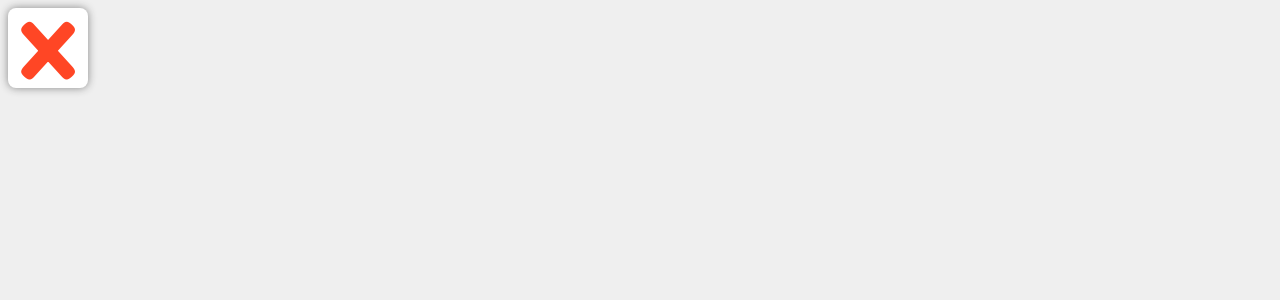
Repository: Seva2705/tic-tac-toe.github.io
Page: /
An editor plug-in stored every save of this project. The page is shown before and after a run of saves, followed by the edit.
The browser window is 1280 px wide. The pictures show the whole page.
The project was rebuilt for these pictures with package versions that can differ from the ones it lists, and the page was loaded fresh each time.

Above is the page before, as saved 2023-04-04 17:04:00.

### public/index.html
<!DOCTYPE html>
<html lang="en">
<head>
  <meta charset="utf-8" />
  <link rel="icon" href="%PUBLIC_URL%/favicon.ico" />
  <meta name="viewport" content="width=device-width, initial-scale=1" />
  <meta name="theme-color" content="#000000" />
  <meta
  name="description"
  content="Web site created using create-react-app"
  />
  <link rel="apple-touch-icon" href="%PUBLIC_URL%/logo192.png" />
  <link rel="preconnect" href="https://fonts.googleapis.com">
  <link rel="preconnect" href="https://fonts.gstatic.com" crossorigin>
  <link href="https://fonts.googleapis.com/css2?family=Fredoka:wght@400;500;700&display=swap" rel="stylesheet">
  <!--
    manifest.json provides metadata used when your web app is installed on a
    user's mobile device or desktop. See https://developers.google.com/web/fundamentals/web-app-manifest/
  -->
  <link rel="manifest" href="%PUBLIC_URL%/manifest.json" />
  <!--
    Notice the use of %PUBLIC_URL% in the tags above.
    It will be replaced with the URL of the `public` folder during the build.
    Only files inside the `public` folder can be referenced from the HTML.

    Unlike "/favicon.ico" or "favicon.ico", "%PUBLIC_URL%/favicon.ico" will
    work correctly both with client-side routing and a non-root public URL.
    Learn how to configure a non-root public URL by running `npm run build`.
  -->
  <title>React App</title>
</head>
<body>
  <noscript>You need to enable JavaScript to run this app.</noscript>
  <div id="root"></div>
  <!--
    This HTML file is a template.
    If you open it directly in the browser, you will see an empty page.

    You can add webfonts, meta tags, or analytics to this file.
    The build step will place the bundled scripts into the <body> tag.

      To begin the development, run `npm start` or `yarn start`.
      To create a production bundle, use `npm run build` or `yarn build`.
    -->
  </body>
  </html>

### src/App.js

import './App.css';
import Box from './components/Box';

function App() {
  const board = ["X","X","X","X","X","X","X","X","X"]
  return (
    <div className="App">
      <Box value="X" onClick={null}/>

    </div>
  );
}

export default App;

### src/App.css
* {
  box-sizing: border-box;

}

body {
  margin: 0;
  background-color: #efefef;
  font-family: "Fredoka", sans-serif;
}

### src/components/Box.js
import React from 'react'

import './Box.css'

const Box = ({value, onClick}) => {
    const style = value === 'X' ? 'box x' : 'box o';
  return (
    <button className={style} onClick={value}>X</button>
  )
}

export default Box

### src/components/Box.css
.box {
    background-color: white;
    border: none;
    border-radius: 10%;
    box-shadow: 0px 0px 8px #888;
    width: 5rem;
    height: 5rem;
    text-align: center;
    font-size: 5em;
    font-family: 'Fredoka', sans-serif;
    font-weight: bold;
    line-height: 5rem;
    margin: 0.5rem;
    cursor: pointer;

}

.x {
    color: rgb(255, 70, 37)
}
.o {
    color: rgb(44, 135, 255)
}

.box:hover {
    box-shadow: 0px 0px 15px #888;
}

Loaded but not shown: src/index.js (common file); src/index.css (common file); src/components/Board.js (common file)

After the next 3 saves:
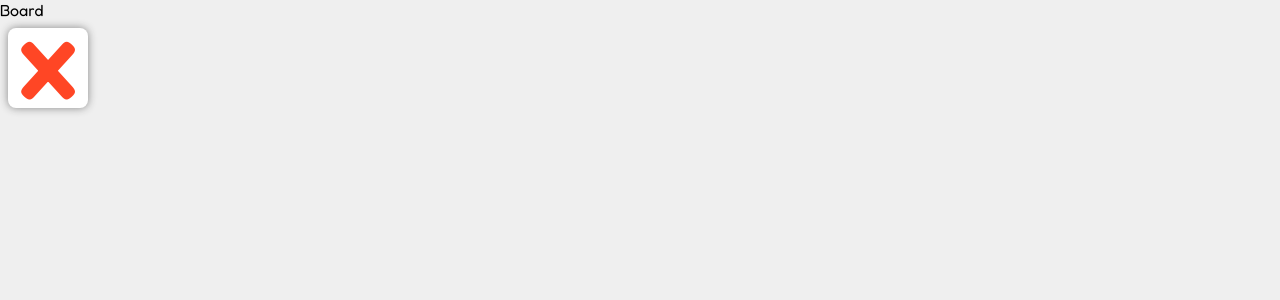
The 3 saves are shown as one change because they came seconds apart.
The last was saved 12 s later.
--- a/src/App.js
+++ b/src/App.js
@@ -1,11 +1,13 @@
 
 import './App.css';
+import Board from './components/Board';
 import Box from './components/Box';
 
 function App() {
   const board = ["X","X","X","X","X","X","X","X","X"]
   return (
     <div className="App">
+      <Board />
       <Box value="X" onClick={null}/>
 
     </div>
